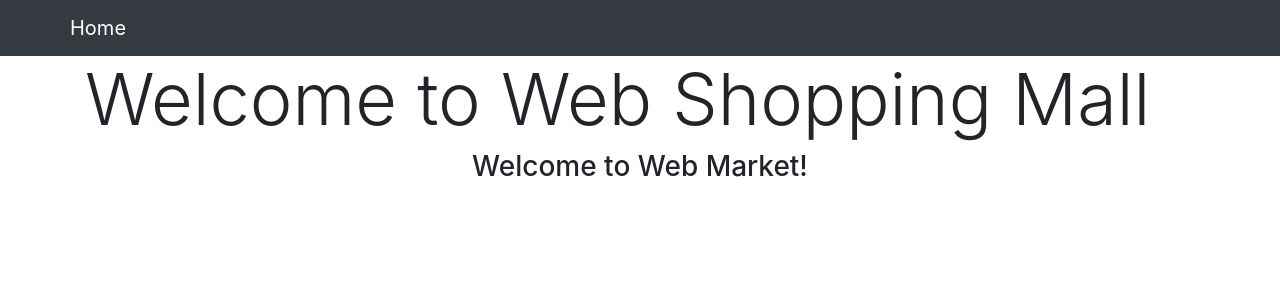
Repository: potatoy1/learning-jsp
Page: http://localhost/JSPBook/welcome.jsp
These files come from the project's save history. The page is drawn as it stood at one moment and after the next save; the edit follows.
The browser window is 1280 px wide. The pictures show the whole page.
The page is served by Tomcat 9.

Above is the page before, as saved 2022-09-26 08:34:01.

After the next save:
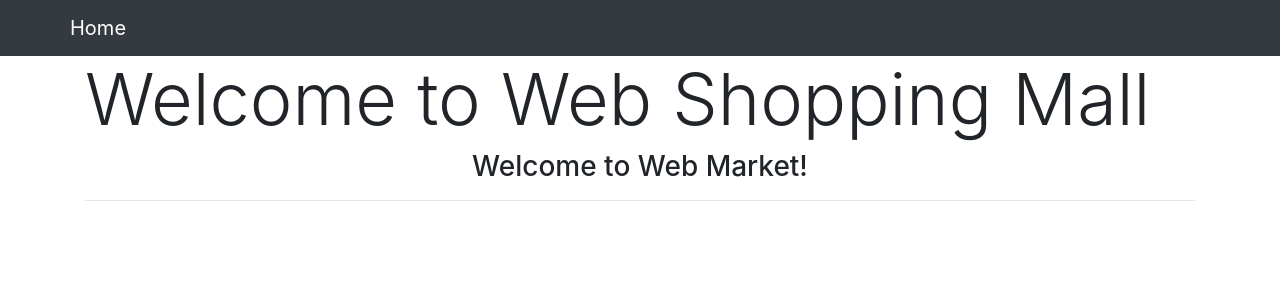
Saved 100 s later.
--- a/JSPBook/WebContent/welcome.jsp
+++ b/JSPBook/WebContent/welcome.jsp
@@ -2,7 +2,8 @@
 <!DOCTYPE html>
 <html>
 <head>
-<link rel="stylesheet" href="https://maxcdn.bootstrapcdn.com/bootstrap/4.0.0/css/bootstrap.min.css">
+<link rel="stylesheet"
+	href="https://maxcdn.bootstrapcdn.com/bootstrap/4.0.0/css/bootstrap.min.css">
 <title>Welcome</title>
 </head>
 <body>
@@ -10,15 +11,14 @@
 		<!-- 내용이 들어간다. -->
 		<div class="container">
 			<div class="navbar-header">
-				<a class = "navbar-brand" href="./welcome.jsp">Home</a>
+				<a class="navbar-brand" href="./welcome.jsp">Home</a>
 			</div>
 		</div>
 	</nav>
-	<%! // 선언문
-		// 전역변수
-		String greeting = "Welcome to Web Shopping Mall";
-		String tagline = "Welcome to Web Market!";
-	%>
+	<%!// 선언문
+	// 전역변수
+	String greeting = "Welcome to Web Shopping Mall";
+	String tagline = "Welcome to Web Market!";%>
 	<!-- 표현문 -->
 	<div class="jumbotraon">
 		<div class="container">
@@ -26,8 +26,11 @@
 		</div>
 	</div>
 	<main role="main">
-		<div class="text-center">
-			<h3><%=tagline%></h3>
+		<div class="container">
+			<div class="text-center">
+				<h3><%=tagline%></h3>
+			</div>
+			<hr />
 		</div>
 	</main>
 </body>
